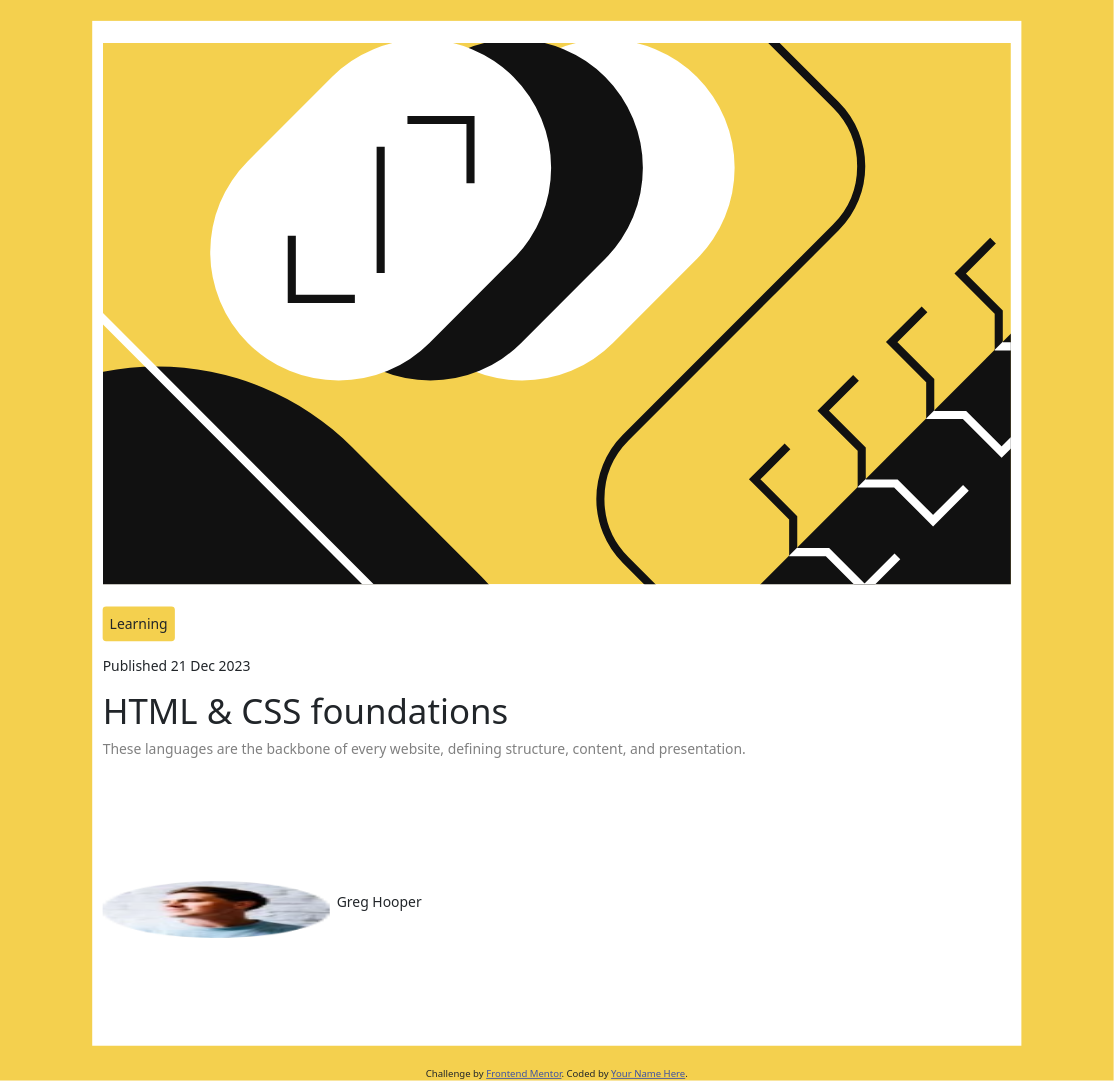
Repository: blordeus/blog-preview-card
Page: index.html
The author's editor kept a copy of each file at every save. The page is drawn from the files as they stood at one save, then again after the next save.
The browser window is 1280 px wide. The pictures show the whole page, at 87% of full size.
The style sheet was rebuilt from its Sass, Less or Tailwind sources for each picture, by a compiler version that may differ from the author's.

Above is the page before, as saved 2024-02-10 09:22:51.

### index.html
<!DOCTYPE html>
<html lang="en">
<head>
  <meta charset="UTF-8">
  <meta name="viewport" content="width=device-width, initial-scale=1.0"> <!-- displays site properly based on user's device -->

  <link rel="icon" type="image/png" sizes="32x32" href="./assets/images/favicon-32x32.png">
  <link rel="stylesheet" href="style.css">
  <link href="https://cdn.jsdelivr.net/npm/bootstrap@5.1.3/dist/css/bootstrap.min.css" rel="stylesheet" integrity="sha384-1BmE4kWBq78iYhFldvKuhfTAU6auU8tT94WrHftjDbrCEXSU1oBoqyl2QvZ6jIW3" crossorigin="anonymous">
  <title>Frontend Mentor | Blog preview card</title>

</head>
<body class="yellow-bg container">
<main class="white-bg row py-4 m-4 grid grid-rows-3 gap-y-6 justify-items-center align-content-start">
    <img class="rounded" src="assets\images\illustration-article.svg" alt="header image">
    <div class="mt-4">
      <p class="yellow-bg d-inline-block p-2 rounded">Learning</p>
    </div>

    <p>Published 21 Dec 2023</p>

    <h1>HTML & CSS foundations</h1>

    <p class="grey-text">These languages are the backbone of every website, defining structure, content, and presentation.</p>

    <div class="d-flex gap-2 pt-4 align-items-center">
      <img class="w-25 h-25" src="assets\images\image-avatar.webp" alt="author image">
      <p class="">Greg Hooper</p>
    </div>

</main>
<div></div>
<div class="attribution">
    Challenge by <a href="https://www.frontendmentor.io?ref=challenge" target="_blank">Frontend Mentor</a>.
    Coded by <a href="#">Your Name Here</a>.
  </div>
</body>
</html>

### style.scss
@font-face {
    font-family: Figtree;
    src: url(./assets/fonts/Figtree-VariableFont_wght.ttf);
}

@font-face {
    font-family: Figtree-Italic;
    src: url(./assets/fonts/Figtree-Italic-VariableFont_wght.ttf) format("truetype");
    font-style: italic;
}

// Primary

$Yellow: hsl(47, 88%, 63%);

// Neutral

$White: hsl(0, 0%, 100%);
$Grey: hsl(0, 0%, 50%);
$Black: hsl(0, 0%, 7%);

body {
    font-family: Figtree;
}

p {
    font-size: 16px
}

.yellow-bg {
    background-color: $Yellow;

}

.black-bg {
    background-color: $Black;
}

.grey-text {
    color: $Grey;
}

.white-bg {
    background-color: $White;
}

.black-text {
    color: $Black;
}

.attribution { font-size: 11px; text-align: center; }
.attribution a { color: hsl(228, 45%, 44%); }

After the next save:
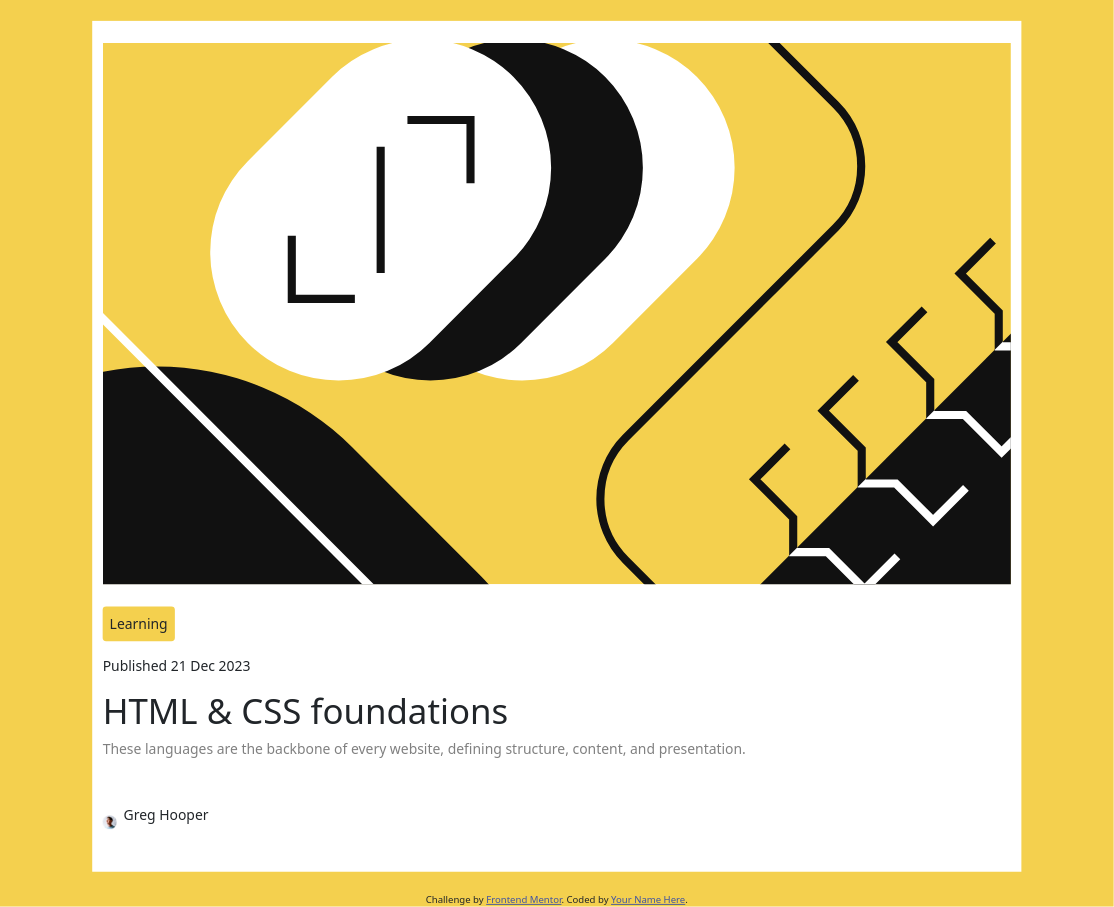
Saved 9 s later.
--- a/index.html
+++ b/index.html
@@ -24,7 +24,7 @@
     <p class="grey-text">These languages are the backbone of every website, defining structure, content, and presentation.</p>
 
     <div class="d-flex gap-2 pt-4 align-items-center">
-      <img class="w-25 h-25" src="assets\images\image-avatar.webp" alt="author image">
+      <img class="w- h-25" src="assets\images\image-avatar.webp" alt="author image">
       <p class="">Greg Hooper</p>
     </div>
 
